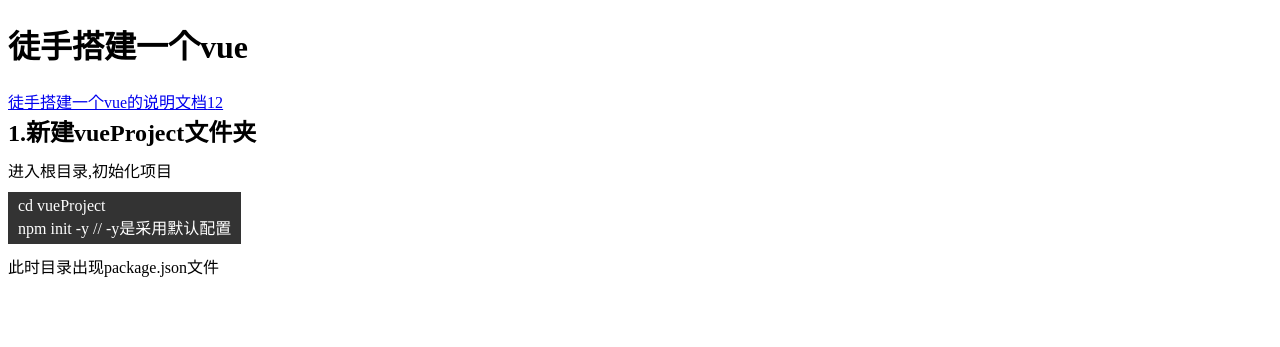
Repository: yuWhy/vue-build-cli
Page: /#/vueBuild
The author's editor kept a copy of each file at every save. The page is drawn from the files as they stood at one save, then again after the next save.
The browser window is 1280 px wide. The pictures show the whole page.
The project was rebuilt for these pictures with package versions that can differ from the ones it lists, and the page was loaded fresh each time. Also part of the build but not shown: webpack.config.js, src/router/index.js.

Above is the page before, as saved 2021-02-19 16:06:46.

After the next save:
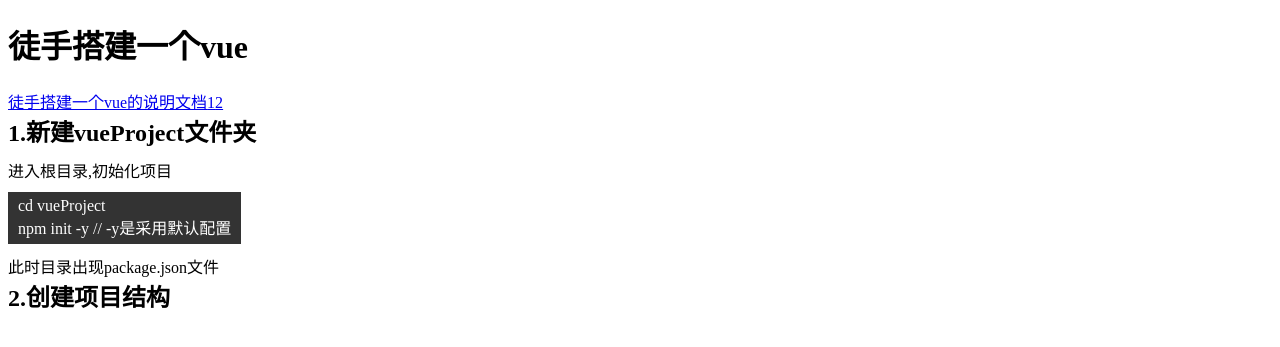
Saved 49 s later.
--- a/src/components/vue-build.vue
+++ b/src/components/vue-build.vue
@@ -8,6 +8,7 @@
     </div>
     <br>
     此时目录出现package.json文件
+    <h2>2.创建项目结构</h2>
   </div>
 </template>
 <script>
